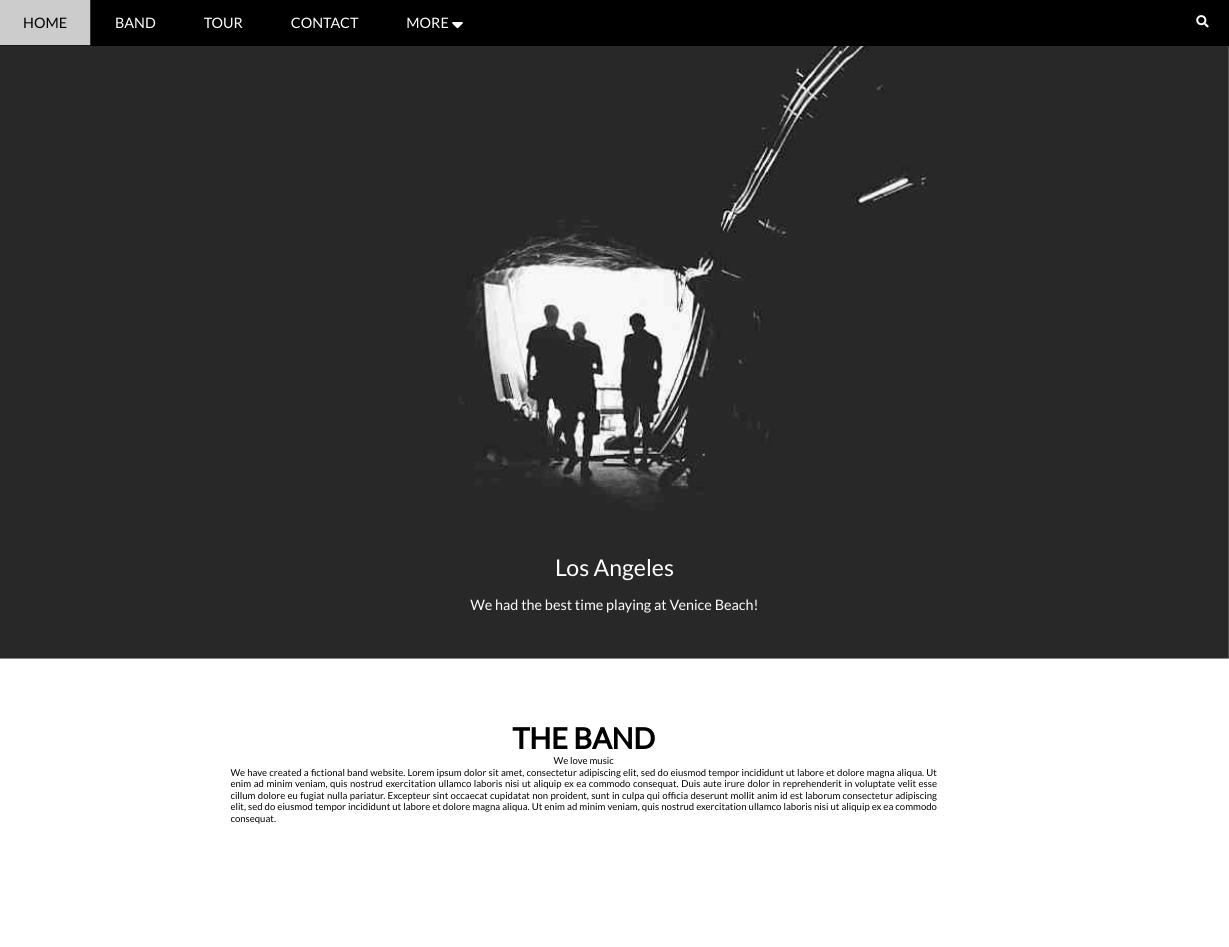
Repository: nguyenthaicong265/w3-band
Page: index.html
An editor plug-in stored every save of this project. The page is shown before and after the next save, followed by the edit.
The browser window is 1280 px wide. The pictures show the whole page, at 96% of full size.

Above is the page before, as saved 2021-12-28 16:40:07.

After the next save:
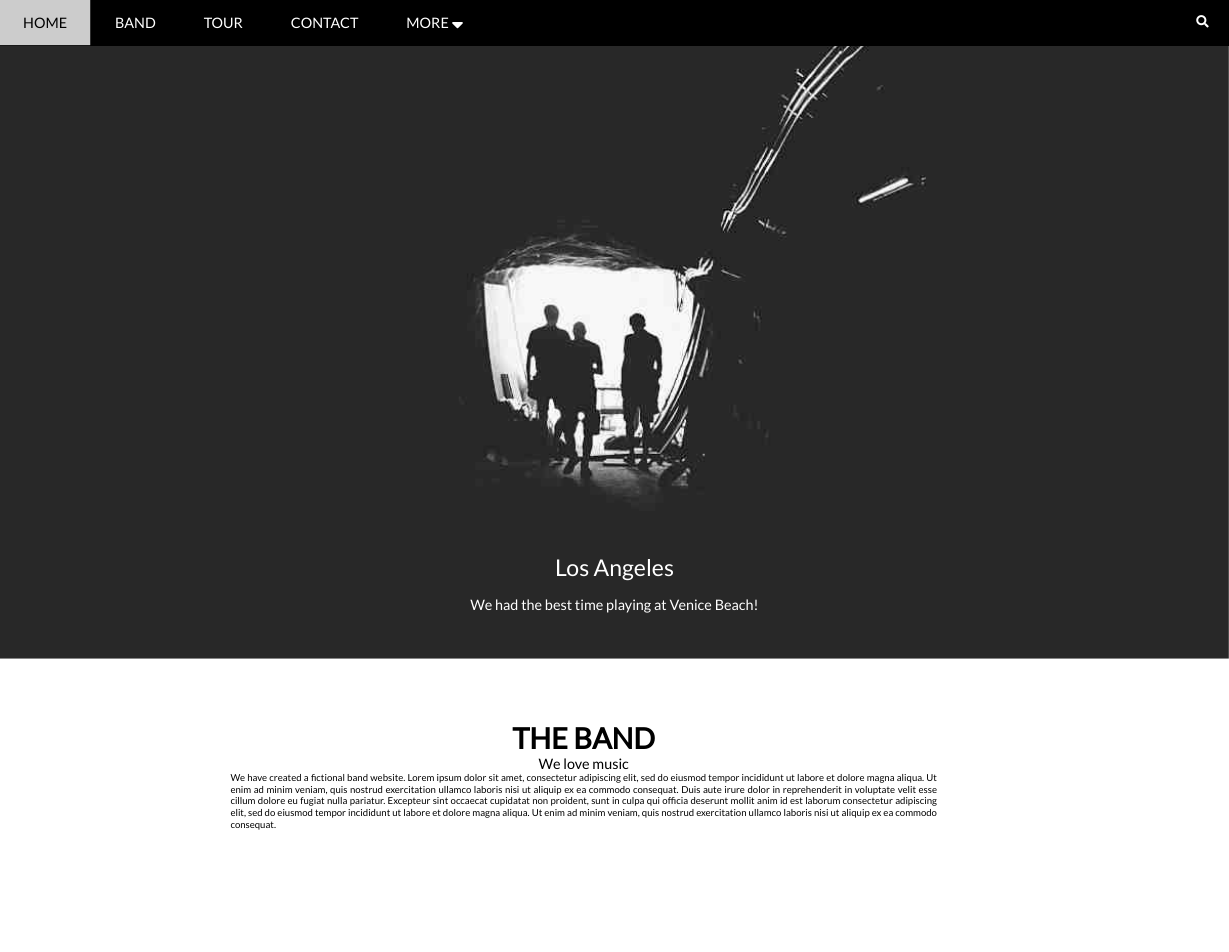
Saved 4 s later.
--- a/assets/css/styles.css
+++ b/assets/css/styles.css
@@ -138,7 +138,7 @@
 }
 
 #content .section-sub-heading {
-    font=size: 15px;
+    font-size: 15px;
 }
 
 #content .section-heading,
